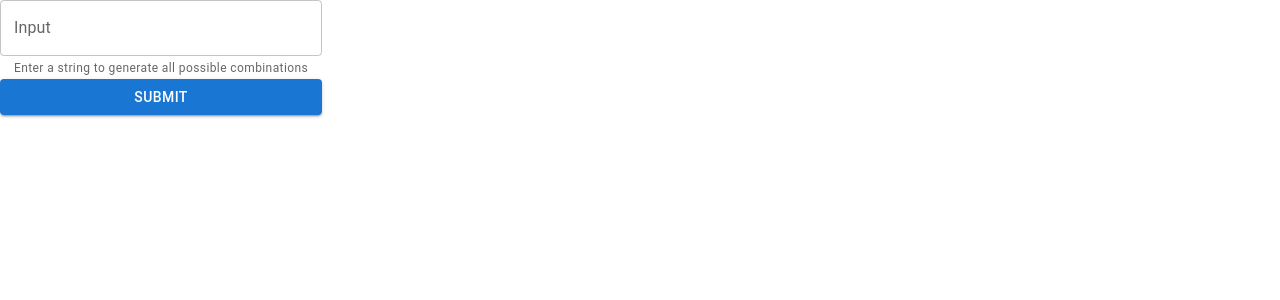
Repository: zfranke/WordScramble-Web
Page: / (app in wordscrambler-web/)
The author's editor kept a copy of each file at every save. The page is drawn from the files as they stood at one save, then again after the next save.
The browser window is 1280 px wide. The pictures show the whole page.
The project was rebuilt for these pictures with package versions that can differ from the ones it lists, and the page was loaded fresh each time.

Above is the page before, as saved 2022-12-27 12:00:49.

After the next save:
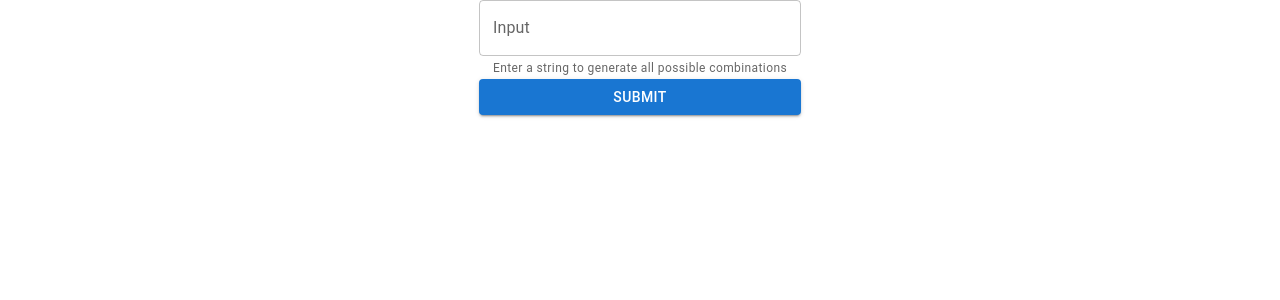
Saved 43 s later.
--- a/wordscrambler-web/src/App.js
+++ b/wordscrambler-web/src/App.js
@@ -1,6 +1,6 @@
 import React, { useState } from 'react';
 import nlp from 'compromise';
-import { Button, FormControl, FormHelperText, Input, List, ListItem, TextField } from '@mui/material';
+import { Button, FormControl, FormHelperText, Input, List, ListItem, TextField, Grid } from '@mui/material';
 
 function App() {
   const [input, setInput] = useState('');
@@ -40,7 +40,7 @@ function App() {
 
   return (
     //Create a centered input form with a output grid
-    <div className="App">
+    <Grid container justifyContent="center" alignItems="center" direction="column">
       <form onSubmit={handleSubmit}>
         <FormControl>
           <TextField
@@ -53,12 +53,15 @@ function App() {
           <Button type="submit" variant="contained">Submit</Button>
         </FormControl>
       </form>
-      <List>
-        {combinations.map((combination, index) => (
-          <ListItem key={index}>{combination}</ListItem>
-        ))}
-      </List>
-    </div>
+      <Grid container justifyContent="center" alignItems="center" direction="column">
+        <List>
+          {combinations.map((combination, index) => (
+            <ListItem key={index}>{combination}</ListItem>
+          ))}
+        </List>
+      </Grid>
+    </Grid>
+
 
   );
 }
